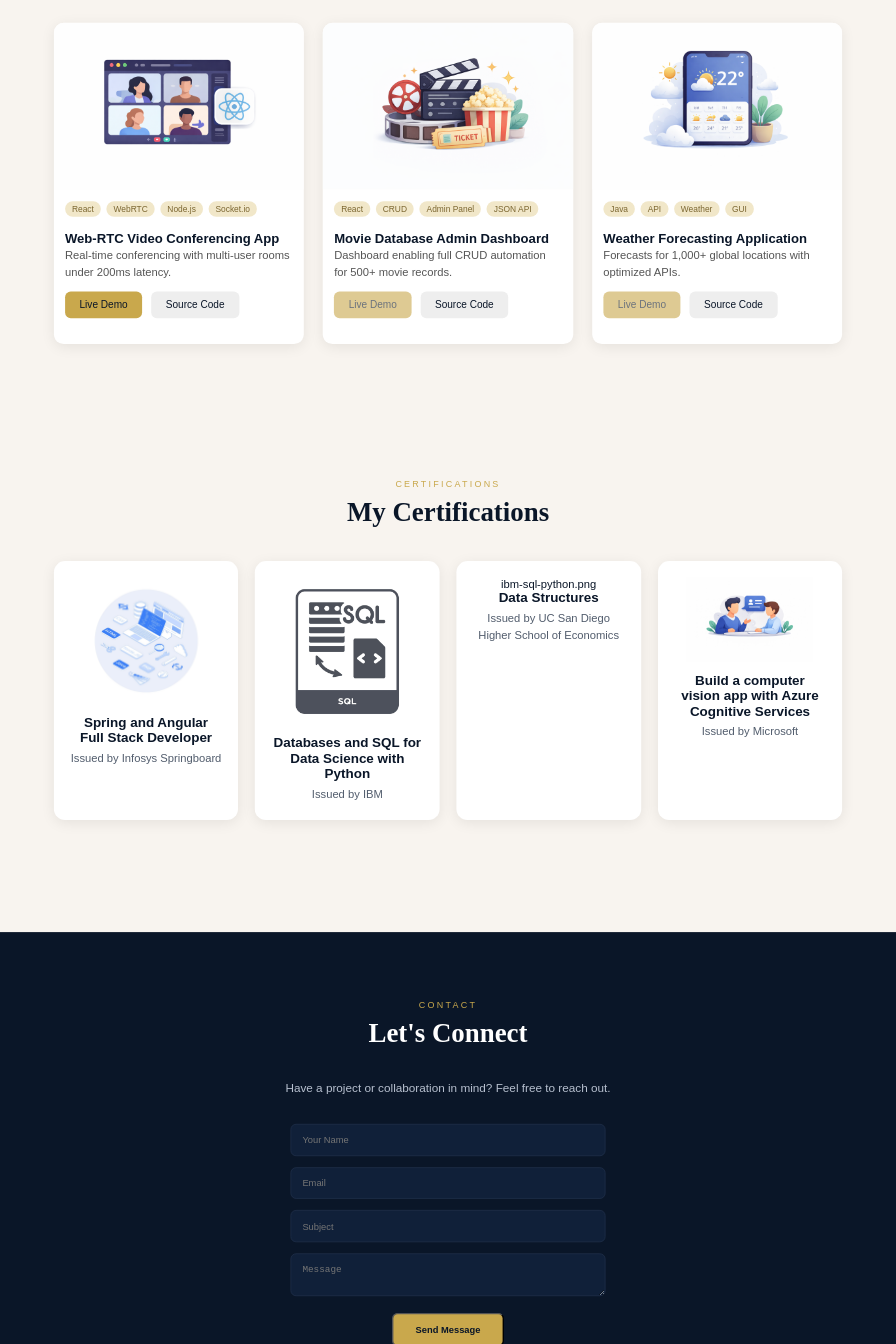
Repository: priyanshuanand12022/My-Portfolio
Page: /
The author's editor kept a copy of each file at every save. The page is drawn from the files as they stood at one save, then again after a run of saves.
The browser window is 1280 px wide. The pictures show the part of the page from y = 1331 to 3251 px (the page is 3426 px tall), at 70% of full size.
The project was rebuilt for these pictures with package versions that can differ from the ones it lists, and the page was loaded fresh each time. Also part of the build but not shown: vite.config.js.

Above is the page before, as saved 2026-02-28 22:29:52.

### index.html
<!doctype html>
<html lang="en">
  <head>
    <meta charset="UTF-8" />
    <link rel="icon" href="/favicon.png" type="image/png" sizes="32x32" />
    <link rel="apple-touch-icon" href="/favicon.png" />
    <meta name="viewport" content="width=device-width, initial-scale=1.0" />
    <title>Portfolio</title>
  </head>
  <body>
    <div id="root"></div>
    <script type="module" src="/src/main.jsx"></script>
  </body>
</html>

### src/main.jsx
import React from "react";
import ReactDOM from "react-dom/client";
import Portfolio from "./Portfolio.jsx";

ReactDOM.createRoot(document.getElementById("root")).render(
  <React.StrictMode>
    <Portfolio />
  </React.StrictMode>
);

### src/Portfolio.jsx
import { useState } from "react";
import "./Portfolio.css";
import emailjs from "emailjs-com";

// Images
import webrtcImg from "./assets/webrtc.png";
import movieImg from "./assets/movie.png";
import weatherImg from "./assets/weather.png";
import backendImg from "./assets/backend.png";
import problemImg from "./assets/problem.png";
import teamImg from "./assets/team.png";

export default function Portfolio() {
  const [submitted, setSubmitted] = useState(false);
  const [formData, setFormData] = useState({
    name: "",
    email: "",
    subject: "",
    message: "",
  });

  const handleSubmit = (e) => {
    e.preventDefault();

    emailjs
      .send(
        "service_lk6jd4n",
        "template_el7uc7k",
        {
          name: formData.name,
          email: formData.email,
          subject: formData.subject,
          message: formData.message,
        },
        "nVCyFrHKLSf0xcnOJ"
      )
      .then(() => {
        setSubmitted(true);
      })
      .catch((err) => {
        console.log("Email send error:", err);
        alert("Something went wrong!");
      });
  };

  const handleChange = (e) =>
    setFormData((prev) => ({ ...prev, [e.target.name]: e.target.value }));

  return (
    <div className="portfolio">

      {/* ================= NAVBAR ================= */}
      <nav className="nav">
  {/* Left */}
  <div className="nav-logo">Priyanshu Anand</div>

  {/* Center */}
  <ul className="nav-center">
    <li><a href="#about">About</a></li>
    <li><a href="#skills">Skills</a></li>
    <li><a href="#projects">Projects</a></li>
    <li><a href="#certifications">Certifications</a></li>
    <li><a href="#contact">Contact</a></li>
  </ul>

  {/* Right */}
  <div className="nav-right">

    {/* Resume Button */}
    <a
      href="/resume.pdf"
      className="resume-btn"
      target="_blank"
      rel="noopener noreferrer"
    >
      Resume
    </a>

    <a href="https://github.com/priyanshuanand12022" target="_blank">
      <img className="icon" src="/github.svg" alt="GitHub" />
    </a>

    <a href="https://www.linkedin.com/in/priyanshu-anand-213315353" target="_blank">
      <img className="icon" src="/linkedin.svg" alt="LinkedIn" />
    </a>
  </div>
</nav>

      {/* ================= HERO ================= */}
      <section id="about" className="hero">
        <h1>Building performant, scalable & user-focused applications</h1>

        <p className="hero-desc">
          Versatile and results-driven Full Stack Developer with hands-on
          experience in MERN, Spring Boot, and modern databases. Passionate
          about crafting efficient, scalable, and user-centered solutions
          while contributing to open-source and developer communities.
        </p>

        <div className="hero-buttons">
          <a href="#projects" className="btn-primary">View Work</a>
          <a href="#contact" className="btn-secondary">Get In Touch</a>
        </div>
      </section>

      {/* ================= SKILLS ================= */}
      <section id="skills" className="skills">
        <div className="section-tag">SKILLS</div>
        <h2 className="section-title">What I Bring</h2>

        <div className="skills-grid">

          <div className="skill-card">
            <img src={webrtcImg} alt="Frontend" className="skill-img" />
            <h3>Frontend Development</h3>
            <p>React, JavaScript, HTML, CSS, UI/UX oriented design.</p>
          </div>

          <div className="skill-card">
            <img src={backendImg} alt="Backend" className="skill-img" />
            <h3>Backend Engineering</h3>
            <p>Node.js, Spring Boot, REST APIs, MongoDB, SQL.</p>
          </div>

          <div className="skill-card">
            <img src={problemImg} alt="Problem Solving" className="skill-img" />
            <h3>Problem Solving</h3>
            <p>Strong DSA foundation, debugging, and optimization.</p>
          </div>

          <div className="skill-card">
            <img src={teamImg} alt="Team" className="skill-img" />
            <h3>Team & Leadership</h3>
            <p>Collaboration, communication, adaptability, ownership.</p>
          </div>

        </div>
      </section>

      {/* ================= PROJECTS ================= */}
      <section id="projects" className="projects">
        <div className="section-tag">PORTFOLIO</div>
        <h2 className="section-title">Selected Projects</h2>

        <div className="projects-grid">

          {/* WEBRTC */}
          <div className="project-card">
            <img src={webrtcImg} className="project-img" alt="WebRTC" />
            <div className="project-tags">
              <span>React</span>
              <span>WebRTC</span>
              <span>Node.js</span>
              <span>Socket.io</span>
            </div>
            <h3>Web-RTC Video Conferencing App</h3>
            <p>Real-time conferencing with multi-user rooms under 200ms latency.</p>

            <div className="project-buttons">
              <a href="https://webrtc-conference-app2.netlify.app" className="btn-live">Live Demo</a>
              <a href="https://github.com/priyanshuanand12022/webrtc-full-app.git" className="btn-code">Source Code</a>
            </div>
          </div>

          {/* MOVIE DASHBOARD */}
          <div className="project-card">
            <img src={movieImg} className="project-img" alt="Movie Dashboard" />
            <div className="project-tags">
              <span>React</span>
              <span>CRUD</span>
              <span>Admin Panel</span>
              <span>JSON API</span>
            </div>
            <h3>Movie Database Admin Dashboard</h3>
            <p>Dashboard enabling full CRUD automation for 500+ movie records.</p>

            <div className="project-buttons">
              <a className="btn-live disabled">Live Demo</a>
              <a href="https://github.com/priyanshuanand12022/DBMS-Movie-Ticket-Booking-System.git" className="btn-code">Source Code</a>
            </div>
          </div>

          {/* WEATHER APP */}
          <div className="project-card">
            <img src={weatherImg} className="project-img" alt="Weather App" />
            <div className="project-tags">
              <span>Java</span>
              <span>API</span>
              <span>Weather</span>
              <span>GUI</span>
            </div>
            <h3>Weather Forecasting Application</h3>
            <p>Forecasts for 1,000+ global locations with optimized APIs.</p>

            <div className="project-buttons">
              <a className="btn-live disabled">Live Demo</a>
              <a href="https://github.com/priyanshuanand12022/JAVA-WEATHER-APPLICATION-PROJECT.git" className="btn-code">Source Code</a>
            </div>
          </div>

        </div>
      </section>

      {/* ================= CERTIFICATIONS ================= */}
<section id="certifications" className="skills">
  <div className="section-tag">CERTIFICATIONS</div>
  <h2 className="section-title">My Certifications</h2>

  <div className="skills-grid">

    <div
      className="skill-card"
      onClick={() => window.open("/certificates/cert1.pdf", "_blank")}
      style={{ cursor: "pointer" }}
    >
      <img src="/cert-images/spring-angular.png" className="skill-img" />
      <h3>Spring and Angular Full Stack Developer</h3>
      <p>Issued by Infosys Springboard</p>
    </div>

    <div
      className="skill-card"
      onClick={() => window.open("/certificates/cert2.pdf", "_blank")}
      style={{ cursor: "pointer" }}
    >
      <img src="/cert-images/ibm-sql-python.png" className="skill-img" />
      <h3>Databases and SQL for Data Science with Python</h3>
      <p>Issued by IBM</p>
    </div>

    <div
      className="skill-card"
      onClick={() => window.open("/certificates/cert3.pdf", "_blank")}
      style={{ cursor: "pointer" }}
    >
      ibm-sql-python.png
      <h3>Data Structures</h3>
      <p>Issued by UC San Diego Higher School of Economics</p>
    </div>

    <div
      className="skill-card"
      onClick={() => window.open("/certificates/cert4.pdf", "_blank")}
      style={{ cursor: "pointer" }}
    >
      <img src={teamImg} alt="Cert 4" className="skill-img" />
      <h3>Build a computer vision app with Azure Cognitive Services</h3>
      <p>Issued by Microsoft</p>
    </div>

  </div>
</section>

      {/* ================= CONTACT ================= */}
      <section id="contact" className="contact">
        <div className="section-tag light">CONTACT</div>
        <h2 className="section-title light">Let's Connect</h2>

        <p className="contact-desc">
          Have a project or collaboration in mind? Feel free to reach out.
        </p>

        {submitted ? (
          <div className="thankyou">
            Thank you! I’ll get back to you soon.
          </div>
        ) : (
          <form className="contact-form" onSubmit={handleSubmit}>
            <input name="name" placeholder="Your Name" required onChange={handleChange} />
            <input name="email" type="email" placeholder="Email" required onChange={handleChange} />
            <input name="subject" placeholder="Subject" onChange={handleChange} />
            <textarea name="message" placeholder="Message" required onChange={handleChange} />
            <button className="btn-primary submit-btn">Send Message</button>
          </form>
        )}
      </section>

      {/* ================= FOOTER ================= */}
      <footer className="footer">
        © 2026 <span>Priyanshu Anand</span> — All Rights Reserved.
      </footer>

    </div>
  );
}

### src/Portfolio.css
/* GLOBAL */
* {
  margin: 0;
  padding: 0;
  box-sizing: border-box;
}

body {
  font-family: "DM Sans", sans-serif;
  background: #f8f4ef;
  color: #0a1628;
}

.portfolio {
  width: 100%;
  overflow-x: hidden;
}

/* ================= NAV ================= */
.nav {
  display: flex;
  justify-content: space-between;
  align-items: center;
  padding: 1.1rem 6%;
  position: fixed;
  top: 0;
  width: 100%;
  background: rgba(10, 22, 40, 0.95);
  backdrop-filter: blur(10px);
  z-index: 2000;
}

.nav-logo {
  color: white;
  font-weight: 700;
  font-size: 1.6rem;
  letter-spacing: 0.5px;
}

.nav {
  display: flex;
  justify-content: space-between;   /* keeps left, center, right separated */
  align-items: center;
  padding: 1.2rem 6%;
  position: fixed;
  top: 0;
  width: 100%;
  background: rgba(10, 22, 40, 0.92);
  backdrop-filter: blur(10px);
  z-index: 200;
}

/* Center nav links */
.nav-center {
  position: absolute;
  left: 50%;
  transform: translateX(-50%);   /* centers exactly */
  display: flex;
  gap: 2rem;
  list-style: none;
}

.nav-center a {
  color: #c9cbd1;
  text-decoration: none;
  font-size: 0.88rem;
}

.resume-btn {
  border: 1px solid #c9a84c;
  background: transparent;
  color: #c9a84c;
  padding: 6px 16px;
  border-radius: 6px;
  text-decoration: none;
  font-size: 0.85rem;
  font-weight: 600;
  transition: 0.2s ease;
}

.resume-btn:hover {
  background: #c9a84c;
  color: #0a1628;
}

.nav-center a:hover {
  color: #e8c97a;
}

/* Right social icons */
.nav-right {
  display: flex;
  gap: 1.2rem;
  align-items: center;
}

.nav-logo span {
  color: #c9a84c;
}

/* Nav links */
.nav-links {
  display: flex;
  gap: 2rem;
  list-style: none;
}

.nav-links a {
  color: #c9cbd1;
  text-decoration: none;
  font-size: 0.88rem;
  transition: 0.2s ease;
}

.nav-links a:hover {
  color: #e8c97a;
}

/* Social Icons Right Side */
.nav-social {
  display: flex;
  align-items: center;
  gap: 1rem;
}

.nav-social .icon {
  width: 22px;
  height: 22px;
  filter: brightness(0) invert(1); /* white icons */
  opacity: 0.85;
  transition: 0.2s;
}

.nav-social .icon:hover {
  opacity: 1;
  transform: scale(1.15);
}

/* ================= HERO ================= */
.hero {
  background: #0a1628;
  color: white;
  padding: 10rem 6% 7rem;
}

.hero h1 {
  font-family: "Playfair Display", serif;
  font-size: 3.4rem;
  max-width: 750px;
  line-height: 1.2;
}

.hero-desc {
  margin-top: 1.3rem;
  color: #aeb5c3;
  max-width: 620px;
  line-height: 1.6;
}

.hero-buttons {
  margin-top: 2rem;
  display: flex;
  gap: 1rem;
}

.btn-primary {
  background: #c9a84c;
  color: #0a1628;
  padding: 0.9rem 2rem;
  border-radius: 8px;
  text-decoration: none;
  font-weight: 600;
}

.btn-secondary {
  background: white;
  color: #0a1628;
  padding: 0.9rem 2rem;
  border-radius: 8px;
  text-decoration: none;
  font-weight: 600;
}

/* ================= SECTION HEADERS ================= */
.section-tag {
  text-align: center;
  letter-spacing: 0.25em;
  color: #c9a84c;
  font-size: 0.8rem;
}

.section-title {
  text-align: center;
  font-family: "Playfair Display", serif;
  font-size: 2.4rem;
  margin: 0.7rem 0 3rem;
}

/* ================= SKILLS ================= */
.skills {
  padding: 6rem 6%;
}

.skills-grid {
  display: grid;
  grid-template-columns: repeat(auto-fit, minmax(260px, 1fr));
  gap: 1.5rem;
}

.skill-card {
  background: white;
  padding: 1.5rem;
  border-radius: 16px;
  text-align: center;
  min-height: 260px;
  box-shadow: 0 4px 20px rgba(0, 0, 0, 0.08);
}

.skill-img {
  width: 180px;
  margin: 0 auto 1rem;
  display: block;
}

.skill-card h3 {
  font-size: 1.2rem;
  margin-bottom: 0.4rem;
}

.skill-card p {
  color: #515c6c;
  line-height: 1.5;
}

/* ================= PROJECTS ================= */
.projects {
  padding: 6rem 6%;
}

.projects-grid {
  display: grid;
  grid-template-columns: repeat(auto-fit, minmax(290px, 1fr));
  gap: 1.7rem;
}

.project-card {
  background: white;
  border-radius: 14px;
  padding-bottom: 1.3rem;
  box-shadow: 0 4px 20px rgba(0, 0, 0, 0.08);
}

.project-img {
  width: 100%;
  border-radius: 14px 14px 0 0;
}

.project-tags {
  display: flex;
  gap: 8px;
  flex-wrap: wrap;
  padding: 0.8rem 1rem;
}

.project-tags span {
  background: #f1e7c9;
  color: #7b6630;
  padding: 4px 10px;
  border-radius: 20px;
  font-size: 0.75rem;
}

.project-card h3 {
  padding: 0 1rem;
  margin-top: 0.5rem;
}

.project-card p {
  padding: 0 1rem;
  color: #555;
  line-height: 1.5;
}

.project-buttons {
  padding: 1rem;
  display: flex;
  gap: 0.8rem;
}

.btn-live {
  background: #c9a84c;
  color: #0a1628;
  padding: 0.7rem 1.3rem;
  border-radius: 8px;
  font-size: 0.9rem;
  text-decoration: none;
}

.btn-code {
  background: #eee;
  color: #0a1628;
  padding: 0.7rem 1.3rem;
  border-radius: 8px;
  font-size: 0.9rem;
  text-decoration: none;
}

.disabled {
  opacity: 0.6;
  pointer-events: none;
}

/* ================= CONTACT ================= */
.contact {
  background: #0a1628;
  color: white;
  padding: 6rem 6%;
  margin-top: 4rem;
  text-align: center;
}

.section-title.light {
  color: white;
}

.contact-desc {
  margin-top: 1rem;
  color: #b7c0cf;
  font-size: 1.05rem;
}

.contact-form {
  margin-top: 2.5rem;
  max-width: 450px;
  margin-left: auto;
  margin-right: auto;
  display: flex;
  flex-direction: column;
  gap: 1rem;
}

.contact-form input,
.contact-form textarea {
  padding: 0.9rem 1rem;
  background: #102039;
  border-radius: 8px;
  border: 1px solid #21324d;
  color: white;
}

.submit-btn {
  margin-top: 0.5rem;
  align-self: center;
}

/* ================= FOOTER ================= */
.footer {
  text-align: center;
  padding: 1.8rem 0;
  background: #0a1628;
  color: #c2cad6;
}

.footer span {
  color: #e6c878;
}

After the next 2 saves:
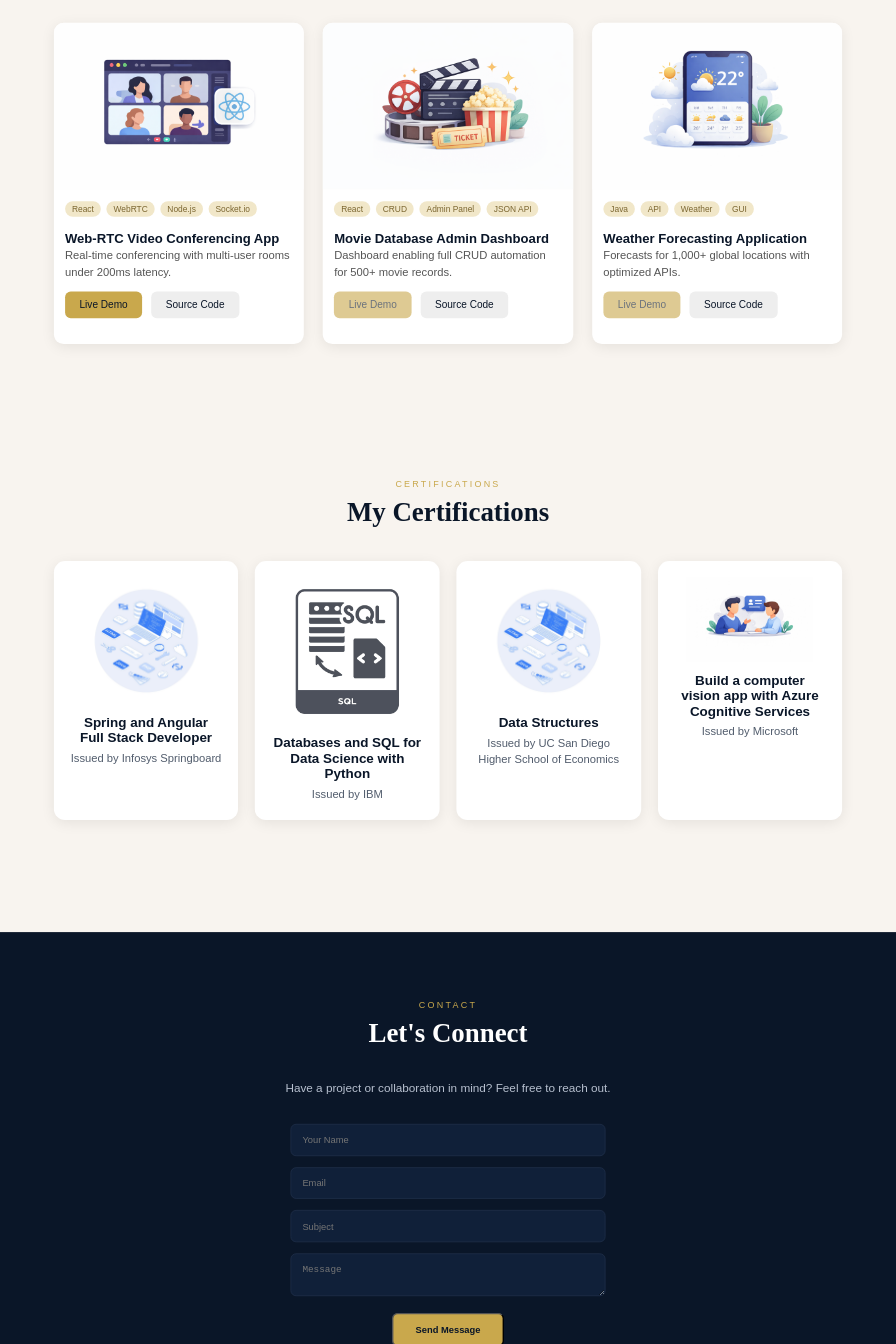
The 2 saves are shown as one change because they came seconds apart.
The last was saved 7 s later.
--- a/src/Portfolio.jsx
+++ b/src/Portfolio.jsx
@@ -233,7 +233,7 @@ export default function Portfolio() {
       onClick={() => window.open("/certificates/cert3.pdf", "_blank")}
       style={{ cursor: "pointer" }}
     >
-      ibm-sql-python.png
+      <img src="/cert-images/spring-angular.png" className="skill-img" />
       <h3>Data Structures</h3>
       <p>Issued by UC San Diego Higher School of Economics</p>
     </div>
